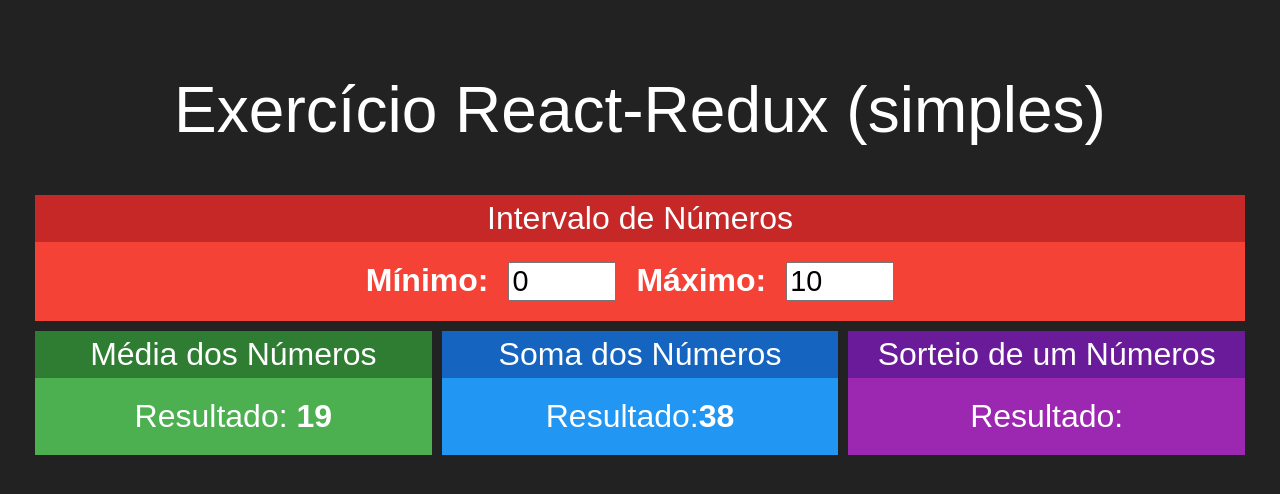
Repository: Henrique-Franca/Clear-Redux-Simples
Page: /
These files come from the project's save history. The page is drawn as it stood at one moment and after the next save; the edit follows.
The browser window is 1280 px wide. The pictures show the whole page.
The project was rebuilt for these pictures with package versions that can differ from the ones it lists, and the page was loaded fresh each time.

Above is the page before, as saved 2022-11-22 10:14:07.

After the next save:
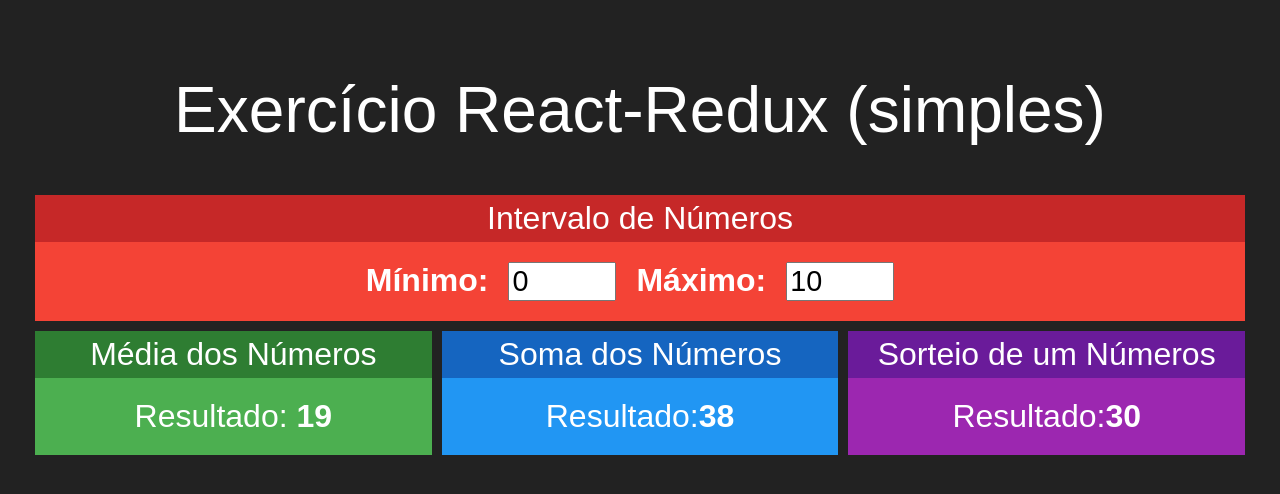
Saved 8 s later.
--- a/src/components/Sorteio.jsx
+++ b/src/components/Sorteio.jsx
@@ -13,7 +13,7 @@ function Sorteio(props){
             <div >
                 <span>
                     <span>Resultado:</span>
-                    <strong>{}</strong>
+                    <strong>{aleatorio}</strong>
                 </span>
 
             </div>
